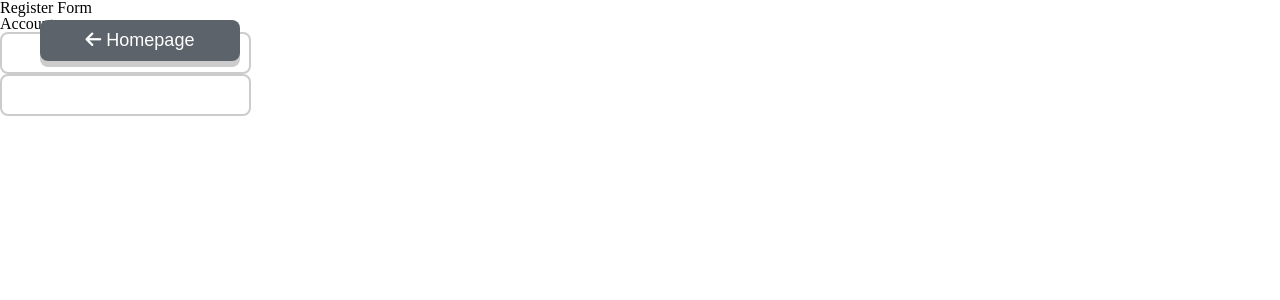
Repository: Trung0810/btl_cnpm_fe
Page: /
The author's editor kept a copy of each file at every save. The page is drawn from the files as they stood at one save, then again after the next save.
The browser window is 1280 px wide. The pictures show the whole page.
The project was rebuilt for these pictures with package versions that can differ from the ones it lists, and the page was loaded fresh each time. Also part of the build but not shown: src/components/header/header.css, src/components/header/Header.js, src/components/footer/Footer.css, src/components/footer/Footer.js, src/components/shoes_list/ShoesCard.css, src/components/shoes_list/ShoesCard.js, src/components/shoes_list/ShoesList.css, src/components/shoes_list/ShoesList.js and 17 more.

Above is the page before, as saved 2026-03-31 13:12:55.

After the next save:
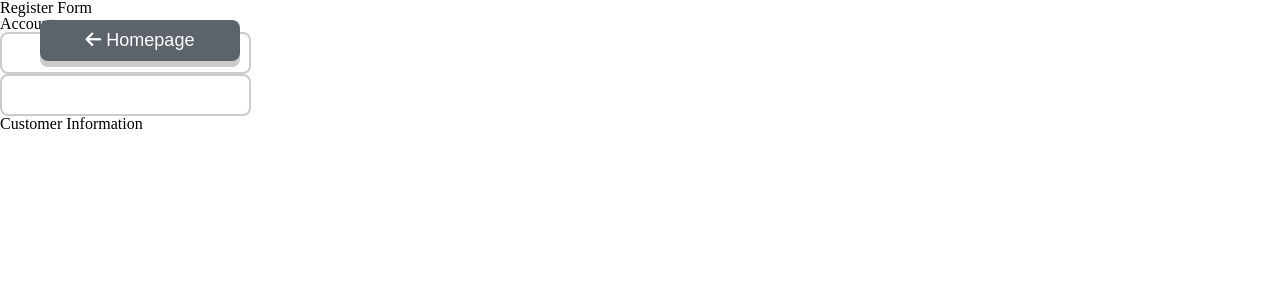
Saved 114 s later.
--- a/src/components/register_form/RegisterForm.js
+++ b/src/components/register_form/RegisterForm.js
@@ -15,7 +15,9 @@ const RegisterForm = () => {
           <input type="text" name="password" id="password" />
         </div>
       </div>
-      <div className="register-infor"></div>
+      <div className="register-infor">
+        <h3>Customer Information</h3>
+      </div>
     </form>
   );
 };
